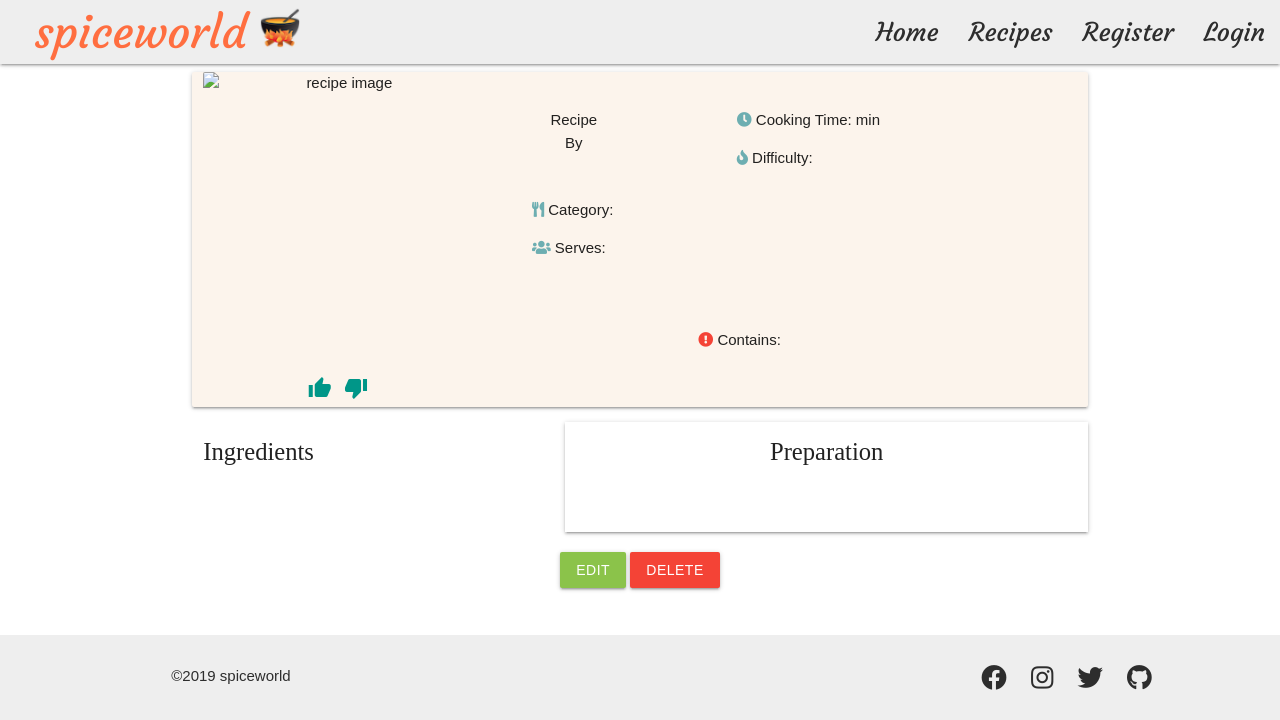
Repository: stephyraju/spiceworld
Page: templates/view.html
The author's editor kept a record of every edit. The page is drawn from the files as they stood at one moment, then again after the next edit.
The browser window is 1280 px wide. The pictures show the whole page.
Some icons come from a web library that is not loaded, so they are not drawn. Some web libraries are served in a nearby version. The page is served by the project's application, run on Flask 3 (app.py). The template is opened directly, without the code that normally fills it, so the values that code supplies are empty.

Above is the page before.

After the next edit:
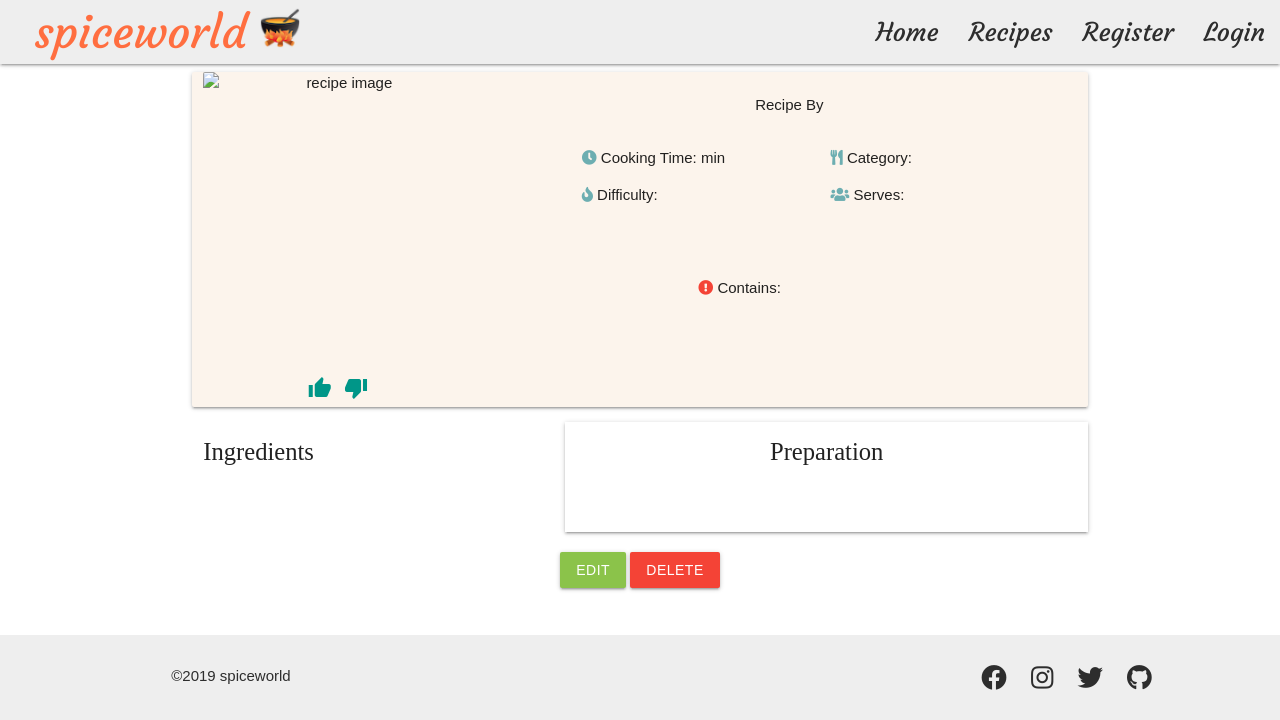
The edit:
--- a/templates/view.html
+++ b/templates/view.html
@@ -20,7 +20,7 @@
                 <div class="recipe-header">
                     <h4>{{recipe.recipe_name}}</h4>
                 </div>
-                <div class=" col s3 author">
+                <div class="author">
                     <p>Recipe By <span class="icon-color" style="text-transform:capitalize;">{{recipe.author}}</span></p>
                 </div>
                 <div class="author">
